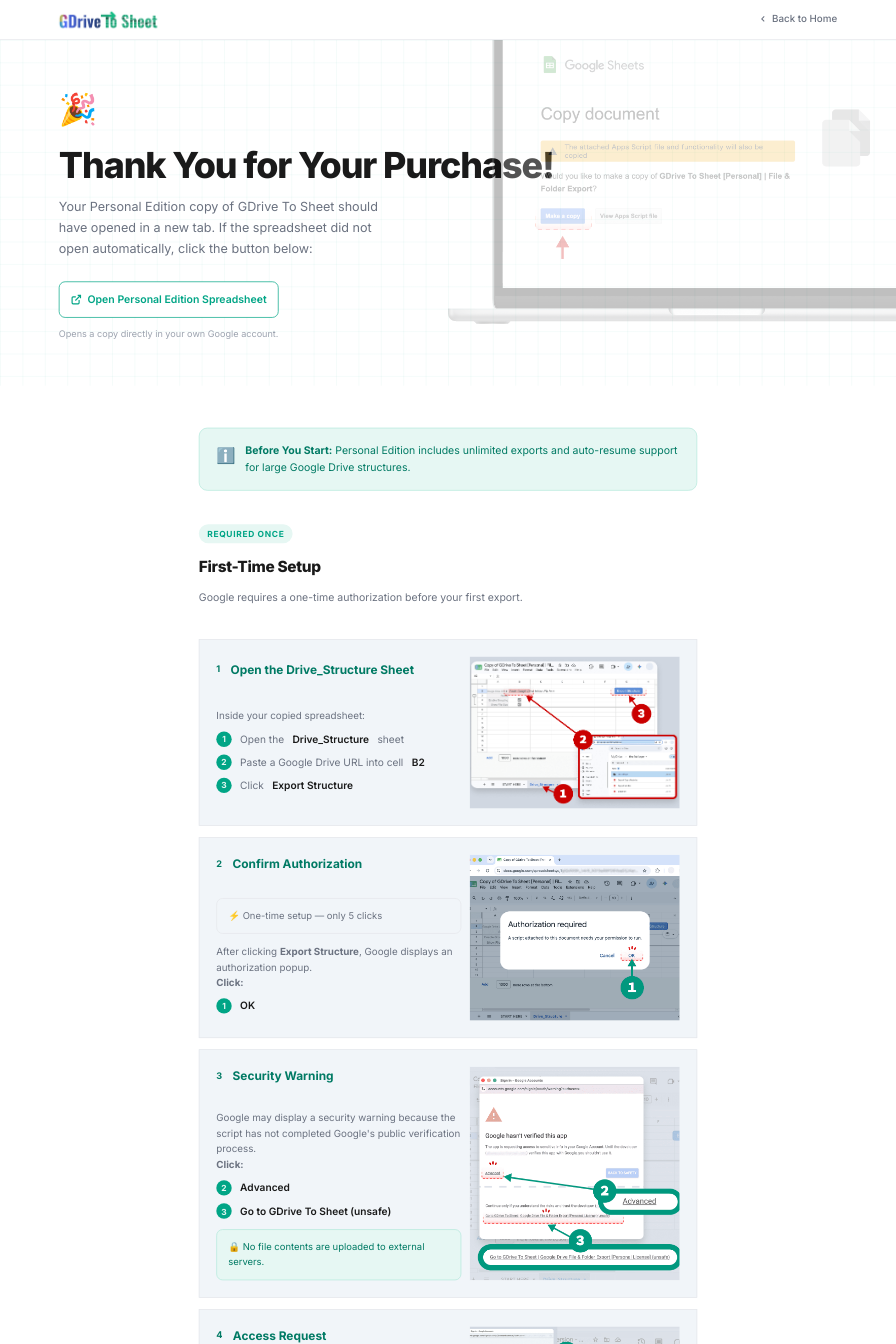
Repository: toishitool/gdrive-to-sheet
Page: personal-parch-thanks.html
These files come from the project's save history. The page is drawn as it stood at one moment and after the next save; the edit follows.
The browser window is 1280 px wide. The pictures show the part of the page from y = 0 to 1920 px (the page is 3724 px tall), at 70% of full size.

Above is the page before, as saved 2026-06-26 09:22:31.

After the next save:
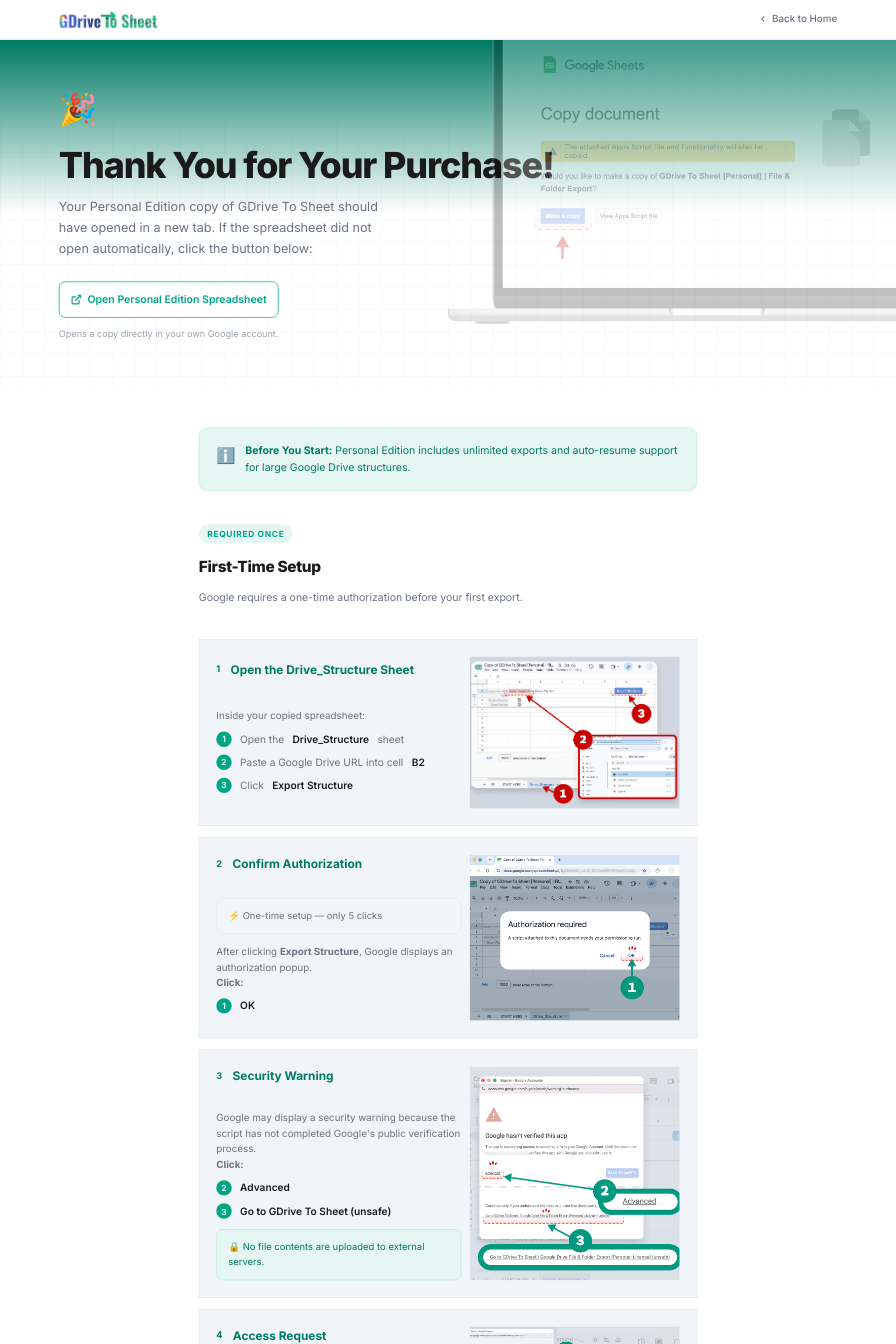
Saved 38 s later.
--- a/personal-parch-thanks.html
+++ b/personal-parch-thanks.html
@@ -26,7 +26,7 @@
 
   <main>
     <!-- HERO / CONFIRMATION -->
-    <section class="hero grid-bg" style="padding: 64px 0 64px;">
+    <section class="hero grid-bg gradient-box" style="padding: 64px 0 64px;">
       <img src="images/personal-download-window.png" alt="Google Sheet Copy Document Interface" style="
     position: absolute;
     top: 35%;
